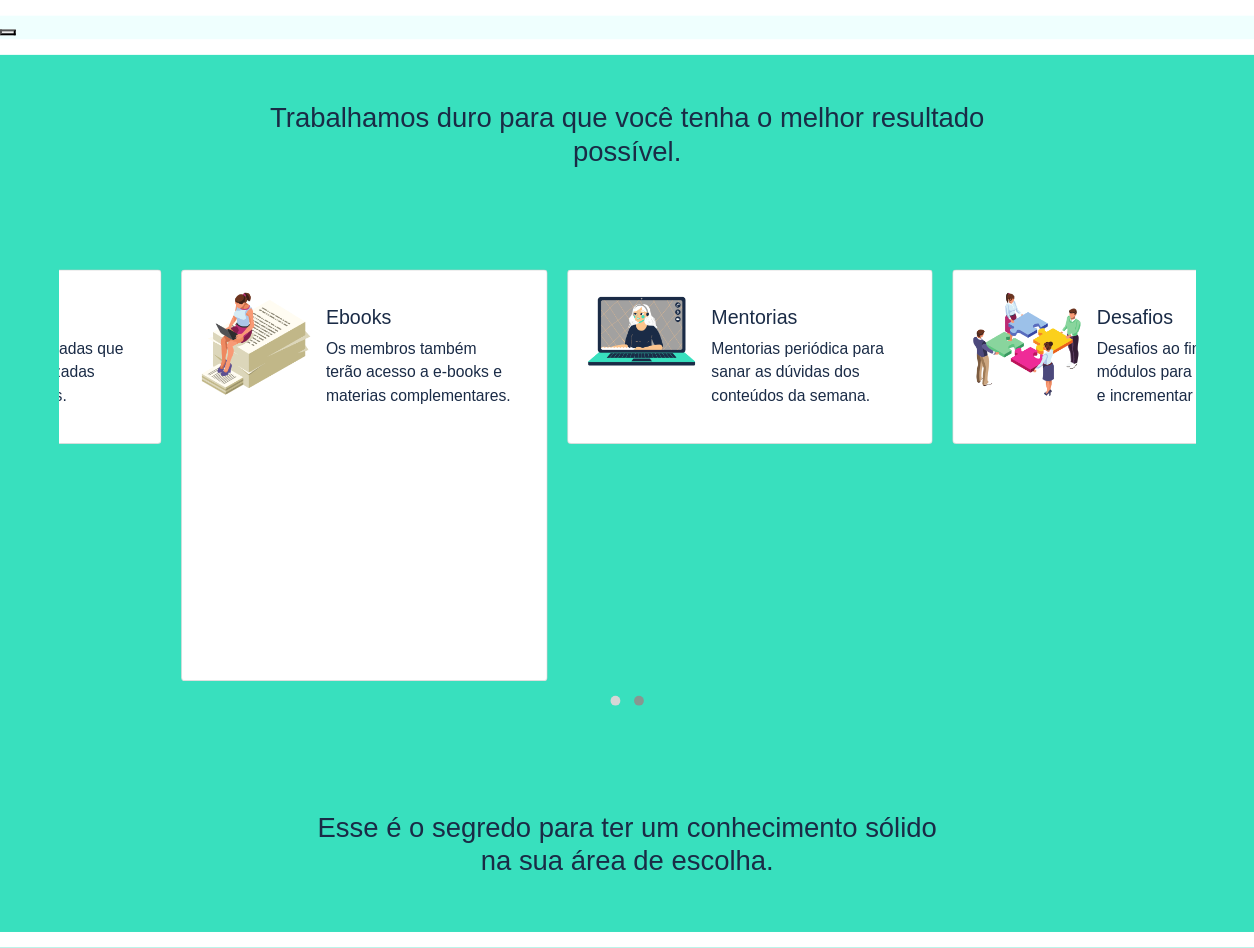
Repository: MarTech-Coders-Planejamento/site-oficial
Page: home.html
These files come from the project's save history. The page is drawn as it stood at one moment and after the next save; the edit follows.
The browser window is 1280 px wide. The pictures show the whole page, at 98% of full size.
Some web fonts or font styles are not loaded; a fallback is used.

Above is the page before, as saved 2021-10-25 18:54:36.

### home.html
<!DOCTYPE html>
<html lang="pt-BR">
  <head>
    <meta charset="UTF-8" />
    <meta http-equiv="X-UA-Compatible" content="IE=edge" />
    <meta name="viewport" content="width=device-width, initial-scale=1.0" />
    <!--Fonts Google-->
    <link
      href="https://fonts.googleapis.com/css2?family=Tomorrow:wght@300;400;700&display=swap"
      rel="stylesheet"
    />

    <!-- Bootstrap CSS -->
    <link
      href="https://cdn.jsdelivr.net/npm/bootstrap@5.1.2/dist/css/bootstrap.min.css"
      rel="stylesheet"
      integrity="sha384-uWxY/CJNBR+1zjPWmfnSnVxwRheevXITnMqoEIeG1LJrdI0GlVs/9cVSyPYXdcSF"
      crossorigin="anonymous"
    />

    <!-- Styles -->
    <link rel="stylesheet" href="./css/home.css" />
    <link
      rel="stylesheet"
      href="https://cdnjs.cloudflare.com/ajax/libs/OwlCarousel2/2.3.4/assets/owl.carousel.min.css"
      integrity="sha512-tS3S5qG0BlhnQROyJXvNjeEM4UpMXHrQfTGmbQ1gKmelCxlSEBUaxhRBj/EFTzpbP4RVSrpEikbmdJobCvhE3g=="
      crossorigin="anonymous"
    />
    <link
      rel="stylesheet"
      href="https://cdnjs.cloudflare.com/ajax/libs/OwlCarousel2/2.3.4/assets/owl.theme.default.min.css"
      integrity="sha512-sMXtMNL1zRzolHYKEujM2AqCLUR9F2C4/05cdbxjjLSRvMQIciEPCQZo++nk7go3BtSuK9kfa/s+a4f4i5pLkw=="
      crossorigin="anonymous"
    />

    <title>Home</title>
  </head>
  <body>
    <div class="container-fluid">
      <!--cabeçalho fluido-->
      <header>
        <nav></nav>
      </header>
      <main>
        <section class="bg-one">
          <!--dobra1-->
          <article>
            <header></header>
            <h1></h1>
            <p></p>
            <figure></figure>
            <button></button>
          </article>
        </section>
        <section class="bg-two">
          <!--dobra2-->
          <article>
            <h2></h2>
            <p></p>
            <figure></figure>
          </article>
        </section>
        <section class="bg-one">
          <!--dobra3-->
          <article>
            <header></header>
            <p></p>
            <figure></figure>
          </article>
        </section>
        <section class="bg-two">
          <!--dobra4-->
          <div class="d-flex flex-column">
            <div class="d-flex flex-column">
              <p class="h3 p-5 text-center">
                Trabalhamos duro para que você tenha o melhor resultado <br />
                possível.
              </p>
            </div>
            <div class="row p-5" style="max-width: 100vw; margin: 0;">
              <div class="col-12">
                <div class="owl-carousel owl-theme">
                  <div class="card" style="max-width: 540px; padding: 20px;">
                    <div class="row g-0">
                      <div class="col-md-4 align-middle">
                        <img src="/image/icon-video.png" class="img-fluid rounded-start" alt="...">
                      </div>
                      <div class="col-md-8">
                        <div class="card-body">
                          <h5 class="card-title">Vídeo-aula</h5>
                          <p class="card-text">Vídeo-aulas gravadas que serão disponibilizadas para os membros.</p>
                        </div>
                      </div>
                    </div>
                  </div>

                  <div class="card" style="max-width: 540px; padding: 20px; min-height: 420px;">
                    <div class="row g-0">
                      <div class="col-md-4 align-middle">
                        <img src="/image/icon-ebook.png" class="img-fluid rounded-start" alt="...">
                      </div>
                      <div class="col-md-8">
                        <div class="card-body">
                          <h5 class="card-title">Ebooks</h5>
                          <p class="card-text">Os membros também terão acesso a e-books e materias complementares.</p>
                        </div>
                      </div>
                    </div>
                  </div>
                  <div class="card" style="max-width: 540px; padding: 20px;">
                    <div class="row g-0">
                      <div class="col-md-4 align-middle">
                        <img src="/image/icon-mentoria.png" class="img-fluid rounded-start" alt="...">
                      </div>
                      <div class="col-md-8">
                        <div class="card-body">
                          <h5 class="card-title">Mentorias</h5>
                          <p class="card-text">Mentorias periódica para sanar as dúvidas dos conteúdos da semana.</p>
                        </div>
                      </div>
                    </div>
                  </div>
                  <div class="card" style="max-width: 540px; padding: 20px;">
                    <div class="row g-0">
                      <div class="col-md-4 align-middle">
                        <img src="/image/icon-desafio.png" class="img-fluid rounded-start" alt="...">
                      </div>
                      <div class="col-md-8">
                        <div class="card-body">
                          <h5 class="card-title">Desafios</h5>
                          <p class="card-text">Desafios ao final dos módulos para inspirarem e incrementar o portfólio.</p>
                        </div>
                      </div>
                    </div>
                  </div>

                </div>
              </div>
            </div>
            <div class="d-flex flex-column">
              <p class="h3 p-5 text-center">
                Esse é o segredo para ter um conhecimento sólido <br />
                na sua área de escolha.
              </p>
            </div>
          </div>
        </section>
      </main>

      <footer class="bg-one">
        <!--footer-->
        <article></article>
        <p></p>
      </footer>
    </div>

    <!-- Owl Carousel -->

    <script src="https://cdnjs.cloudflare.com/ajax/libs/jquery/3.6.0/jquery.min.js"></script>

    <!-- Bootstrap Bundle javascript -->
    <script
      src="https://cdn.jsdelivr.net/npm/bootstrap@5.1.2/dist/js/bootstrap.bundle.min.js"
      integrity="sha384-kQtW33rZJAHjgefvhyyzcGF3C5TFyBQBA13V1RKPf4uH+bwyzQxZ6CmMZHmNBEfJ"
      crossorigin="anonymous"
    ></script>

    <!-- Owl Carousel -->

    <script
      src="https://cdnjs.cloudflare.com/ajax/libs/OwlCarousel2/2.3.4/owl.carousel.min.js"
      integrity="sha512-bPs7Ae6pVvhOSiIcyUClR7/q2OAsRiovw4vAkX+zJbw3ShAeeqezq50RIIcIURq7Oa20rW2n2q+fyXBNcU9lrw=="
      crossorigin="anonymous"
    ></script>

    <!-- Slider -->

    <script>
      $(".owl-carousel").owlCarousel({
        loop: true,
        autoplay: true,
        margin: 20,
        animateOut: "fadeOut",
        animateIn: "fadeIn",
        autoplayHoverPause: true,
        responsive: {
          0: {
            items: 1,
            nav: false,
          },
          600: {
            items: 2,
            nav: false,
          },
          1000: {
            items: 3,
            loop: false,
          },
        },
      });
    </script>
  </body>
</html>

### css/home.css
:root {
  --bg: #effffe;
  --bg2: #38e0be;
  --texto: #1a2b46;
}
* {
  font-family: "Tomorrow", sans-serif;
}

.container-fluid {
  padding-right: 0;
  padding-left: 0;
  margin-right: auto;
  margin-left: auto;
}

.bg-one {
  background-color: var(--bg);
  color: var(--texto);
}
.bg-two {
  background-color: var(--bg2);
  color: var(--texto);
}

/* Slider Container*/

After the next save:
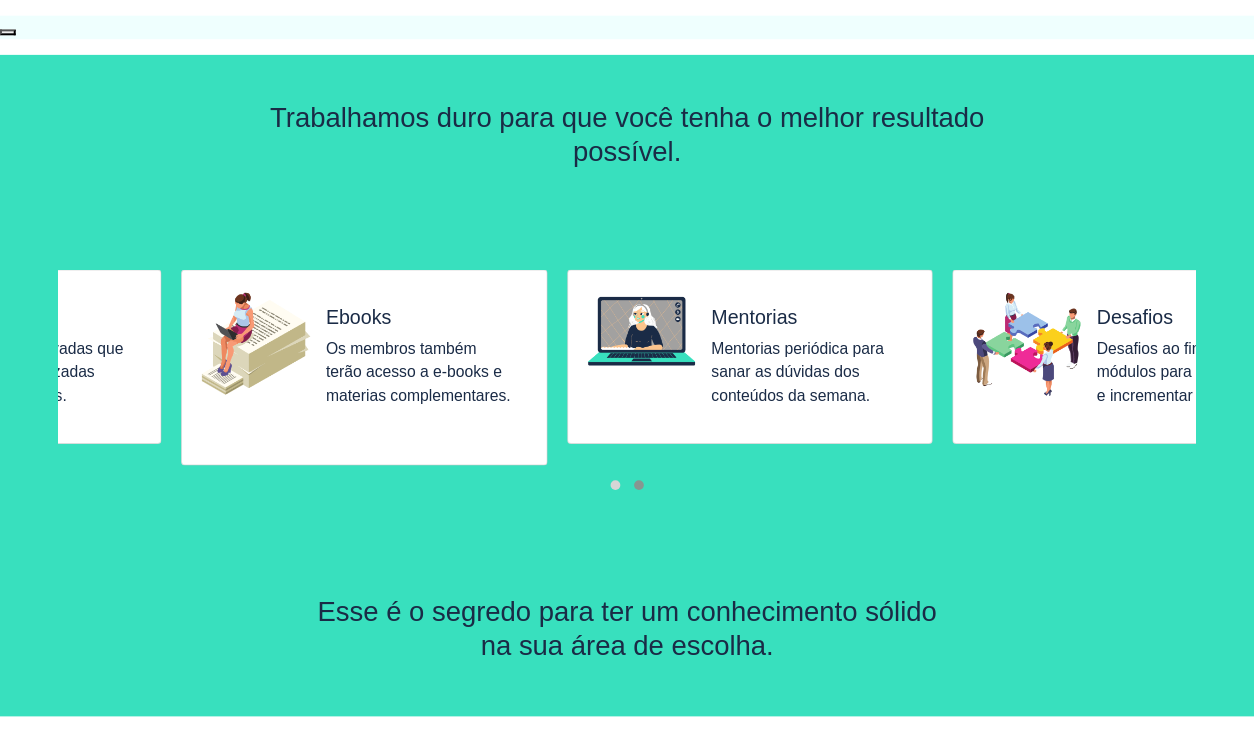
Saved 13 s later.
--- a/home.html
+++ b/home.html
@@ -94,7 +94,7 @@
                     </div>
                   </div>
 
-                  <div class="card" style="max-width: 540px; padding: 20px; min-height: 420px;">
+                  <div class="card" style="max-width: 540px; padding: 20px; min-height: 200px;">
                     <div class="row g-0">
                       <div class="col-md-4 align-middle">
                         <img src="/image/icon-ebook.png" class="img-fluid rounded-start" alt="...">
